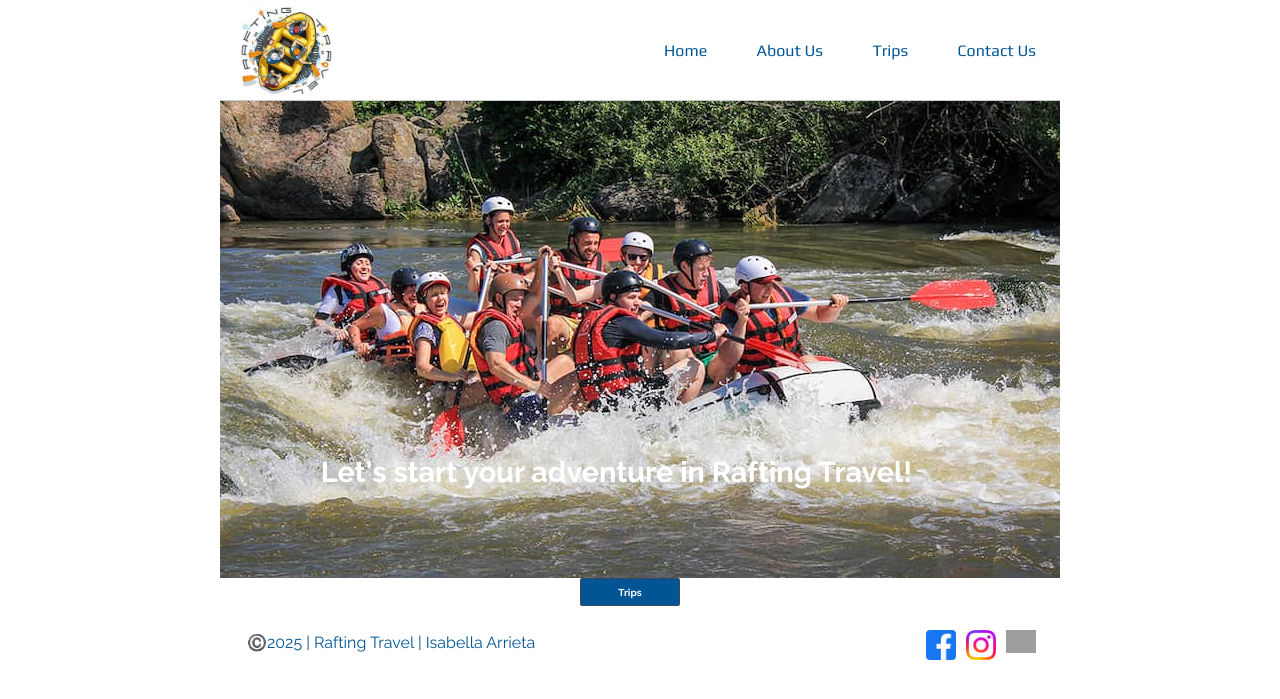
Repository: isaAJ05/wdd130
Page: wwr/index.html
These files come from the project's save history. The page is drawn as it stood at one moment and after a run of saves; the edit follows.
The browser window is 1280 px wide. The pictures show the whole page.
Pictures or frames that could not be fetched are drawn as grey boxes.

Above is the page before, as saved 2025-06-16 20:22:54.

### wwr/index.html
<!DOCTYPE html>
<html lang="en">
<head>
    <meta charset="UTF-8">
    <meta name="viewport" content="width=device-width, initial-scale=1.0">
    <title>Home-Rafting Travel</title>
    <meta name="description" content="Main page: Rafting Travel">
    <meta name="author" content="Isabella Arrieta">
    <link rel="stylesheet" href="styles/rafting.css">
    <link rel="preconnect" href="https://fonts.googleapis.com">
    <link rel="preconnect" href="https://fonts.gstatic.com" crossorigin>
    <link href="https://fonts.googleapis.com/css2?family=Play:wght@400;700&family=Raleway:ital,wght@0,100..900;1,100..900&display=swap" rel="stylesheet">
</head>
<body>
    <header>
        <img src ="images/z-raftingcompas.jpg" alt="Rafting Company Logo">
    <nav>
        <a href="index.html">Home</a>
        <a href="about.html">About Us</a>
        <a href="trips.html">Trips</a>
        <a href="contact.html">Contact Us</a>
    </nav>
    </header>
    <main>
        <div class="hero">
            <img src="images/rafting10_1024.jpg" alt="Rafting">
            <h1>Let's start your adventure in Rafting Travel!</h1>
            <div class="send">
            <button type="submit">Trips</button>
            </div>
        </div>
        </main>
    <footer>
        <p>©️2025 | Rafting Travel | Isabella Arrieta</p>
        <nav class="socialmedia">
            <a href="https://www.facebook.com/">
                <img src="images/facebook.webp" alt="Facebook" width="30">
            </a>
            <a href="https://www.instagram.com/">
                <img src="images/instagram.webp" alt="Instagram" width="30">
            </a>
            <a href="https://x.com/home">
                <img src="images/x.webp" alt="X" width="30">
            </a>
        </nav>
    </footer>
</body>
</html>

### wwr/styles/rafting.css
:root {
    --primary-color: #FC9F1C;
    --secondary-color: #FFE77C;
    --accent1-color: #025595;
    --accent2-color: #A6DEF6;
    --heading-font: "Play", sans-serif;
    --body-font: "Raleway", sans-serif;
}

header {
    margin: 1rem auto;
    background-color: #fff;
    color: var(--secondary-color);
    display: grid;
	grid-template-columns: 1fr 1fr;
    align-items: center;
    border-bottom: 1px solid #ccc;

}
header img {
    width: 100px;
    height: auto;
    margin-left: 16px;
}
*{
    margin: 0;
    padding: 0;
    box-sizing: border-box;
}
body {
    font-family: var(--body-font);
    color: var(--accent1-color);
}
 header, main, footer {
    width: 840px;
    margin: 0 auto;
}
h1, h2{
    font-family: var(--heading-font);
    color: var(--accent1-color);
}
p, section, article{
    margin: 16px;
    padding: 8px;
}
.History {
    display: grid;
	grid-template-columns: 1fr 1fr 1fr;
    align-items: center;
    grid-gap: 1px;
}
.History h2{
    grid-column: 1/4;
    text-align: center;

}
.History img{
    width: 100%;
    height: auto;
}
.Adventure {
    display: grid;
    grid-template-columns: 1fr 1fr 1fr 1fr 1fr;
    align-items: center;
    grid-gap: 15px;
}
.Adventure h2{
    grid-column: 1/6;
    text-align: center;
}
.Adventure img{
    width: 100%;
    height: auto;
}
figcaption {
    text-align: center;
}
nav {
    margin: 16px;
    padding: 8px;
    display: flex;
    justify-content: space-between;
	flex: 1 1 auto;

}
nav a {
    text-decoration: none;
    font-family: var(--heading-font);
    color: var(--accent1-color);
}
nav a:hover {
    color: var(--primary-color);
    text-decoration: underline;
}

.socialmedia a{
    text-decoration: none;
}
.socialmedia {
    justify-content: right;
    gap: 10px;
}

.herodiv{
    position: relative;
    margin: 1em auto;

}

.herodiv img{
    display: block;
    width: 100%;
    height: auto;
}

.herodiv h1{
    position: absolute;
    top: 20px;
    width: 100%;
    padding: 16px;
    text-align: center;
    opacity: 0.9;
    background-color: var(--accent1-color);
    color: #ffffff;

}

.herodiv article{
    position: absolute;
    top: 150px;
    left: 5px;
    width: 800px;
    opacity: 0.9;
    background-color: var(--accent1-color);
    color: #ffffff;
}
.herodiv article img{
    float: right;
    width: 230px;
    padding: 8px;
}
footer {
    display: flex;

}
footer p {
    margin: 19px;
    padding: 8px;

}
.rectangle-3 {
	width: 840px;
	height: 159px;
	padding: 8px 8px 8px 8px;
	background:var(--accent1-color);
    margin: 0 auto;
    display: flex;
    flex-direction: column;
    align-items: center;
    justify-content: center;
	border-radius: 3px 3px 3px 3px;

}
.rectangle-3 .header-3 {
    width: 463px;
	height: 36px;
	color: #FFFFFF;
	font-family: var(--heading-font);
	font-weight: 700;
	font-size: 30px;
	line-height: 1.2;
	text-align: center;
}
.we-love-questions-and-feedback-and-we-re-always- {
	width: 418px;
	height: 44px;
	color: #FFFFFF;
	font-family: var(--body-font);
	font-weight: 400;
	font-size: 13px;
	line-height: 1.4;
	text-align: center;
}
.rectangle-4 {
	width: 840px;
	height: 348px;
	background: #FFFFFF;
	border-radius: 3px 3px 3px 3px;
    display: flex;
    align-items: flex-start;
}
.column-text{
    flex:1;
    padding: 20px;
    align-items: center;
}
.column-text .block{
    flex:1;
}

.column-map {
    flex: 1;
    text-align: right;;
}

.column-map iframe {
	max-width: 463px;
	height: 348px;
	background: #00000000;

}


.header-14 {
	width: 223px;
	color: var(--accent1-color);
	font-family: var(--body-font);
	font-weight: 700;
	font-size: 24px;
	line-height: 1.2;
    text-align: left;
    margin-top: 34px;
}
.jackson-wyoming-ee-uu- {

    margin-top: 35px;
	color: var(--accent1-color);
	font-family: var(--body-font);
	font-weight: 600;
	font-size: 16px;
	line-height: 1.1;
	text-align: left;
    padding-left: 6px;
}


.address-phone-and-email {
    margin-top: 20px;
	color: var(--accent1-color);
	font-family: var(--body-font);
	font-weight: 400;
	font-size: 11px;
	line-height: 1.5;
	text-align: left;
}
.address-phone-and-email img {
	width: 18px;
	height: 18px;
}
.address-phone-and-email figure {
    display: flex;
    gap: 10px;
    margin: 0;
    margin-top: 10px;
}



.rectangle-5 {
	width: 840px;
	height: 240px;
    padding: 20px 20px 20px 20px;
	background: var(--accent1-color);
	border-radius: 3px 3px 3px 3px;
    display: grid;
    grid-template-columns: 1fr 1fr 1fr;
    align-items: center;
    justify-items: center;
}
.rectangle-5 img {
	width: 120px;
	height: 135px;
	background: #00000000;
}

.rectangle-5 figcaption {
	width: 111px;
	height: 15px;
	color: #FFFFFF;
	font-family: var(--body-font);
	font-weight: 500;
	font-size: 14px;
	line-height: 1.1;
	text-align: center;
}

.header-16 {
	width: 223px;
	height: 48px;
	color: #FFFFFF;
	font-family: var(--heading-font);
	font-weight: 700;
	font-size: 24px;
	line-height: 1.2;
	text-align: center;
    grid-column: 1/4;
    margin: 0 auto;
}

.rectangle-6 {
	width: 840px;
	height: 551px;
	padding: 8px 8px 8px 8px;
	background: #EDF0F4;
	border-radius: 3px 3px 3px 3px;
}
.rectangle-6 h2{
    margin-top: 48px;
	color: #3B4754;
	font-family: var(--heading-font);
	font-weight: 700;
	font-size: 24px;
	line-height: 1.2;
	text-align: center;
}

.rectangle-6 p {
	color: #4f6278;
	font-family: var(--body-font);
	font-weight: 400;
	font-size: 13px;
	line-height: 1.5;
	text-align: center;
}

.rectangle-6 .row {
    display: flex;
    gap: 20px;
    align-items: center;
    justify-content: center;
    padding-top: 16px;
    padding-bottom: 16px;

}

.rectangle-6 .form-title {
    display: flex;
    flex-direction: column;

}
.rectangle-6 .form-title label{
	width: 31px;
	height: 12px;
	color: #3B4754;
	font-family: var(--body-font);
	font-weight: 700;
	font-size: 11px;
	line-height: 1.1;
	text-align: left;
}
.rectangle-6 .form-title input{
	width: 225px;
	height: 28px;
	background: #FFFFFF;
	color: #9FAFC1;
	border-color: #C9D3DD;
	border-width: 2px;
	border-style: solid;
	border-radius: 4px 4px 4px 4px;
	font-family: var(--body-font);
	font-weight: 400;
	font-size: 12px;
	text-align: left;
    margin-top: 4px;
}
.rectangle-6 .title label{
	width: 31px;
	height: 12px;
	color: #3B4754;
	font-family: var(--body-font);
	font-weight: 700;
	font-size: 11px;
	line-height: 1.1;
	text-align: left;
    padding-left: 176px;
}
.radio{
    padding-left: 176px;

}

input[type="radio"]{
	background: #FFFFFF;
	border-color: #C9D3DD;
	border-width: 1.5px;
	border-style: solid;
}
.radio label {
    font-family: var(--body-font);
	font-weight: normal;
	font-size: 12px;
	text-align: left;
    color: #232323;
}
.rectangle-6 .textarea {
    display: flex;
    flex-direction: column;
    align-items: center;
    justify-content: center;
}
.rectangle-6 .textarea textarea {
    width: 469px;
	height: 99px;
	background: #FFFFFF;
	color: #000000;
	border-color: #C9D3DD;
	border-width: 2px;
	border-style: solid;
	border-radius: 4px 4px 4px 4px;
	font-family: var(--body-font);
	font-weight: 400;
	font-size: 12px;
	text-align: left;

}
.check {
    padding-left: 260px;
    padding-top: 20px;
    padding-bottom: 16px;
}
.check checkbox {
	width: 371px;
	height: 19px;
	background: #FFFFFF;
	border-color: #C9D3DD;
	border-width: 1.5px;
	border-style: solid;

}

.check label{
    font-family: var(--body-font);
	font-weight: normal;
	font-size: 12px;
	text-align: left;
	color: #4f6278;;
}
.send {
    padding-left: 360px;
}
.rectangle-6 button, .hero button {
	width: 100px;
	height: 28px;
	padding: 0px 10px 0px 10px;
	background: var(--accent1-color);
	color: #FFFFFF;
	border-color: #3B4754;
	border-width: 1px;
	border-style: solid;
	border-radius: 2px 2px 2px 2px;
	font-family: var(--body-font);
	font-weight: 700;
	font-size: 10px;
	text-align: center;

}
.rectangle-6 button:hover, .hero button:hover {
    background: var(--primary-color);
    color: #fff;
    cursor: pointer;
}
.hero {
	position: relative;
}
.hero img {
	width: 100%;
	display: block;
}
.hero h1 {
	position: absolute;
	top: 70%;
	left: 12%;
	color: white;
	font-size: 1.8rem;
	font-family: var(--body-font);
}

After the next 3 saves:
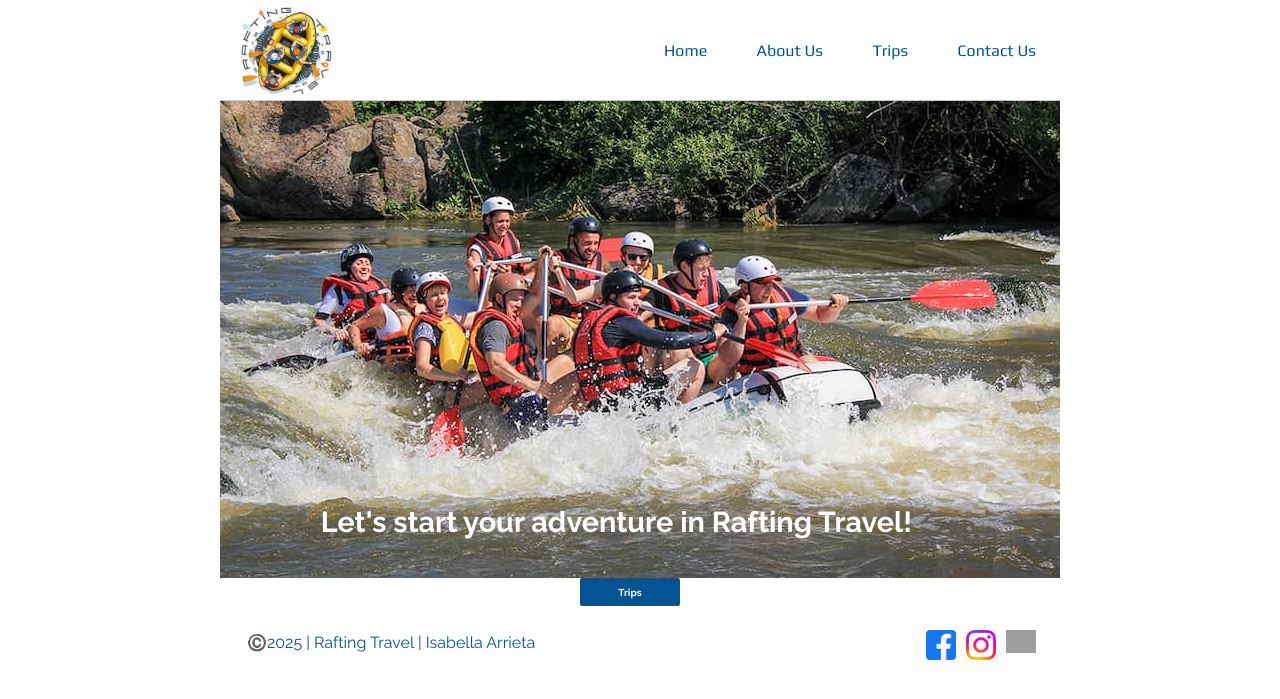
The 3 saves are shown as one change because they came seconds apart.
The last was saved 21 s later.
--- a/wwr/styles/rafting.css
+++ b/wwr/styles/rafting.css
@@ -468,7 +468,7 @@ input[type="radio"]{
 }
 .hero h1 {
 	position: absolute;
-	top: 70%;
+	top: 80%;
 	left: 12%;
 	color: white;
 	font-size: 1.8rem;
